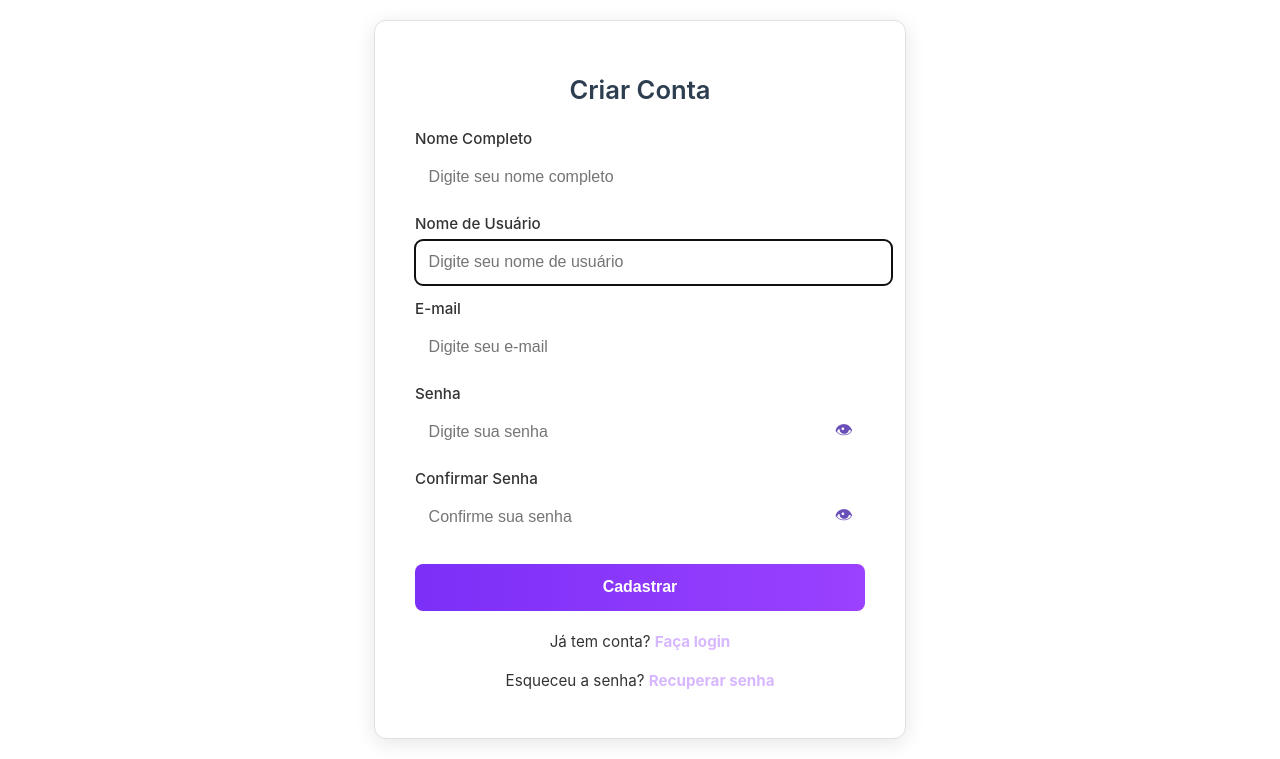
Repository: GRUPO-02-4-PERIODO-BIOPARK-2025/Sistema-Legado
Page: http://localhost/
These files come from the project's save history. The page is drawn as it stood at one moment and after the next save; the edit follows.
The browser window is 1280 px wide. The pictures show the whole page.
The page is served by the project's application, run on Django 4.2 (sistema_pdv/manage.py).

Above is the page before, as saved 2025-11-15 17:05:59.

After the next save:
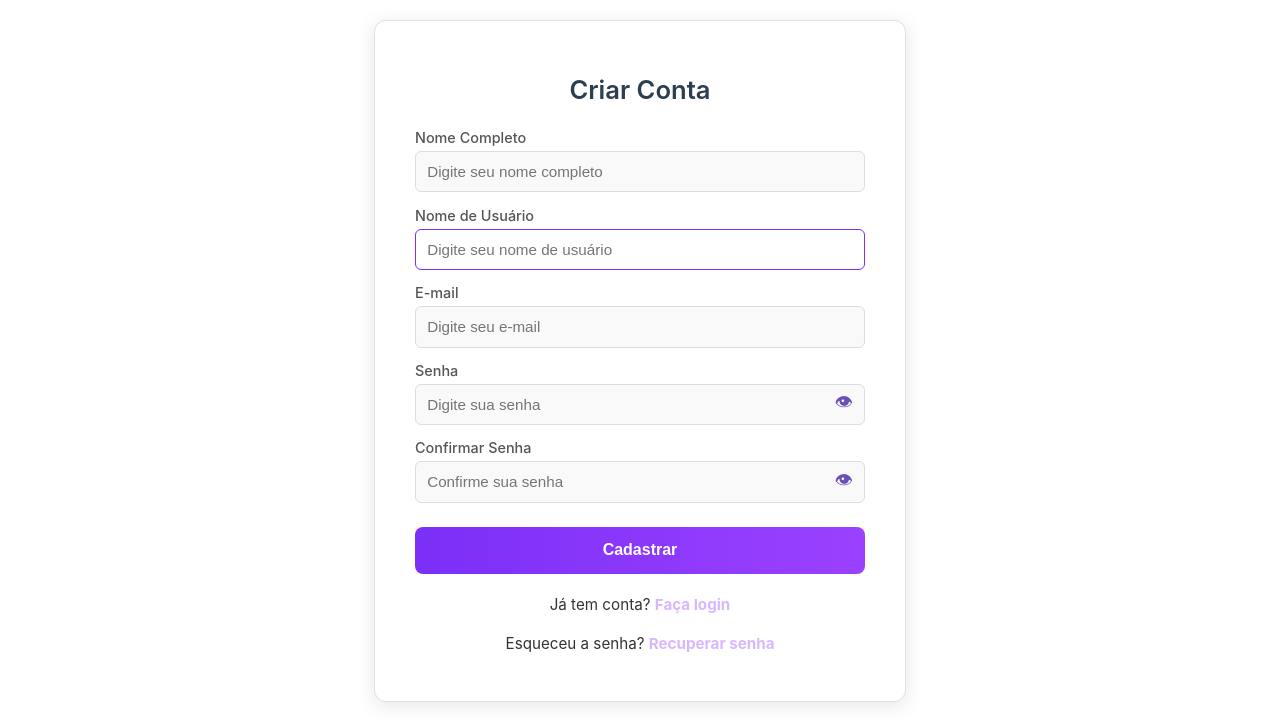
Saved 9 s later.
--- a/sistema_pdv/apps/usuarios/static/cadastro.css
+++ b/sistema_pdv/apps/usuarios/static/cadastro.css
@@ -47,19 +47,28 @@ body {
 
 .input-group label {
   display: block;
-  margin-bottom: 0.4rem;
+  margin-bottom: 0.3rem;
   font-weight: 500;
-  font-size: 0.95rem;
+  font-size: 0.9rem;
+  color: #555;
 }
 
 .input-group input {
   width: 100%;
-  padding: 0.85rem;
-  border-radius: 8px;
-  border: none;
-  font-size: 1rem;
-  background: rgba(255,255,255,0.9);
-  color: #222;
+  padding: 0.7rem;
+  border-radius: 6px;
+  border: 1px solid #ddd;
+  font-size: 0.95rem;
+  background: #f9f9f9;
+  color: #333;
+  box-sizing: border-box;
+  transition: border 0.2s ease;
+}
+
+.input-group input:focus {
+  outline: none;
+  border-color: #7b2ff7;
+  background: #ffffff;
 }
 
 /* ==== SENHA ==== */
